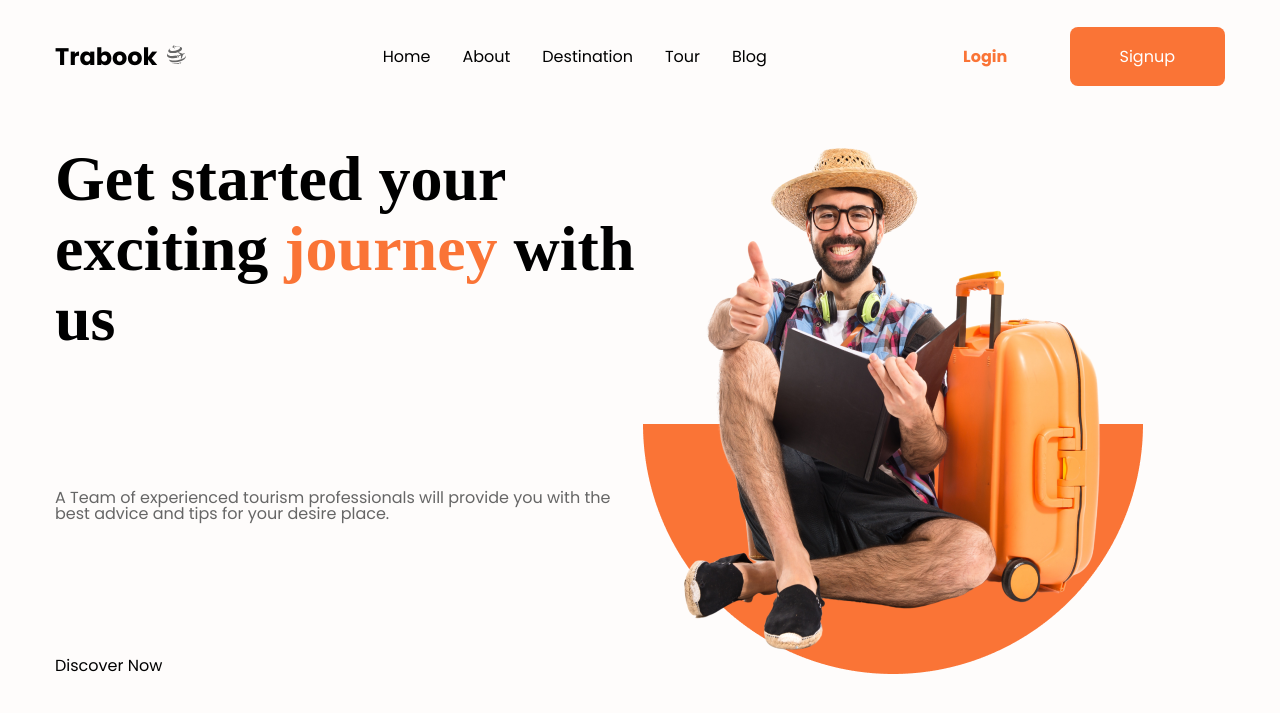
Repository: phobo99/phobo99.github.io
Page: Trabook/index.html
These files come from the project's save history. The page is drawn as it stood at one moment and after the next save; the edit follows.
The browser window is 1280 px wide. The pictures show the whole page.
Some web libraries are served in a nearby version. The style sheet was rebuilt from its Sass, Less or Tailwind sources for each picture, by a compiler version that may differ from the author's.

Above is the page before, as saved 2022-06-18 22:16:38.

### Trabook/index.html
<!DOCTYPE html>
<html lang="en">

<head>
    <meta charset="UTF-8">
    <meta http-equiv="X-UA-Compatible" content="IE=edge">
    <meta name="viewport" content="width=device-width, initial-scale=1.0">
    <title>Responsive</title>
    <link href="https://fonts.googleapis.com/css2?family=Poppins:wght@300;400;700&display=swap" rel="stylesheet">
    <link rel="stylesheet" href="https://cdnjs.cloudflare.com/ajax/libs/font-awesome/6.1.1/css/all.min.css"
        integrity="sha512-KfkfwYDsLkIlwQp6LFnl8zNdLGxu9YAA1QvwINks4PhcElQSvqcyVLLD9aMhXd13uQjoXtEKNosOWaZqXgel0g=="
        crossorigin="anonymous" referrerpolicy="no-referrer" />

    <link rel="stylesheet" href="reset.css">
    <link rel="stylesheet" href="style.css">
</head>

<body>
    <div class="container-fluid">
        <header class="header container">
            <div class="nav-bar">
                <div class="logo">
                    <span class="text-logo">Trabook</span>
                    <svg width="19" height="19" viewBox="0 0 19 19" fill="none" xmlns="http://www.w3.org/2000/svg">
                        <path
                            d="M1.64111 4.96058C1.79426 4.76583 1.99595 4.50221 2.15747 4.31379C2.6412 3.79446 2.70397 3.72638 3.14417 3.34242C3.27473 3.24108 3.42956 3.11917 3.58103 3.00437C2.46378 3.89896 2.32151 4.88933 3.3467 5.50129C3.34503 5.50129 3.34503 5.50129 3.34503 5.50287C4.77863 6.31987 7.92034 6.14333 10.3992 5.09675C12.8003 4.08342 13.6865 2.63388 12.5015 1.77254C11.4612 1.58808 10.221 1.56671 8.90871 1.73296L8.7723 1.52L8.88528 1.16692C9.6569 1.10121 10.39 1.11704 11.0227 1.21917C11.1759 1.24371 11.3776 1.28567 11.5282 1.31575C11.8194 1.38304 11.9776 1.42342 12.1676 1.48121C12.3617 1.53583 12.5274 1.59046 12.8162 1.69179C13.099 1.79708 13.2212 1.84458 13.448 1.95146C13.702 2.06108 13.9488 2.18506 14.187 2.32275C16.0751 3.44612 14.9009 5.49575 11.5692 6.90017C8.24673 8.29983 4.01287 8.51992 2.11563 7.41C2.11479 7.40842 2.11228 7.40683 2.10726 7.40525H2.11061C1.07453 6.78458 0.965735 5.88367 1.64111 4.96058ZM10.2854 12.8139L10.2586 11.552L9.31042 10.5545C6.17792 11.2258 3.09898 11.0817 1.38669 10.1278C1.38084 10.1215 1.36661 10.1151 1.36075 10.1088C0.391624 9.54433 0.152272 8.816 0.225082 8.02433C-0.00171646 9.18254 -0.0201282 9.60054 0.0125108 10.5917C0.0526817 11.2124 0.431795 11.7847 1.19421 12.236L1.20007 12.2423C3.02533 13.3158 6.82819 13.5486 10.2854 12.8139ZM14.2397 14.2587C9.81842 15.9362 4.28486 16.0352 1.8813 14.4827C2.14087 15.0828 2.49406 15.6427 2.92909 16.1437C5.13515 17.5687 10.2143 17.4776 14.2707 15.9378C16.645 15.0377 18.143 13.8399 18.5364 12.7173L18.6468 12.3793C18.9088 11.5227 18.9582 10.8094 19 10.1745C18.9523 11.5528 17.2358 13.1203 14.2397 14.2587ZM4.47986 17.4895C4.61878 17.6146 5.05564 18.122 7.26923 18.6825C7.86761 18.8076 9.37402 19.209 12.1567 18.6255L12.1734 18.3857L11.9533 18.0595C9.37151 18.6374 6.50347 18.4442 4.47986 17.4895ZM10.8687 7.50737L13.2196 9.19283C13.2196 9.19283 13.7225 9.53563 13.248 9.77629C12.7752 10.0146 11.5608 10.598 11.5608 10.598L10.3616 10.1745L9.75983 10.4278L10.821 11.2995L10.8294 12.6556L11.4529 12.3935L11.8663 11.248C11.8663 11.248 13.1359 10.7857 13.6397 10.6115C14.146 10.4413 14.0782 11.024 14.0782 11.024L13.8288 13.8035L14.6573 13.4552L16.0215 9.70504C16.0215 9.70504 16.7446 9.37254 17.2534 9.08042C17.7614 8.78829 17.9355 8.30379 17.9355 8.30379C17.9355 8.30379 17.44 8.10192 16.8693 8.26421C16.2985 8.42492 15.5545 8.7115 15.5545 8.7115L11.6947 7.16062L10.8687 7.50737ZM5.89505 2.17471L7.49101 3.37725L7.92703 3.3155L7.05833 2.23646C7.05833 2.23646 6.8692 2.01321 7.12361 1.96017C7.3797 1.90633 8.02746 1.78125 8.02746 1.78125L8.51453 2.14937L8.8426 2.10346L8.47101 1.54454L8.66685 0.924667L8.34966 0.968208L7.9739 1.44004C7.9739 1.44004 7.31443 1.49862 7.05499 1.51921C6.79388 1.53821 6.90602 1.273 6.90602 1.273L7.40648 0L6.96795 0.0609583L5.81303 1.65142C5.81303 1.65142 5.42806 1.71792 5.14938 1.79313C4.86985 1.86754 4.72256 2.07179 4.72256 2.07179C4.72256 2.07179 4.9276 2.22854 5.21633 2.223C5.50757 2.21746 5.89505 2.17471 5.89505 2.17471ZM13.7828 17.6265L12.7501 17.1158L12.5124 17.1942L13.1242 17.712C13.1242 17.712 13.2547 17.8172 13.1175 17.8735C12.9802 17.9289 12.6304 18.065 12.6304 18.065L12.3417 17.9431L12.1701 18.0017L12.4103 18.244L12.3868 18.5978L12.5659 18.5392L12.6998 18.2519C12.6998 18.2519 13.0631 18.1497 13.2078 18.1133C13.3518 18.0761 13.3192 18.236 13.3192 18.236L13.1827 19L13.4213 18.9216L13.8891 17.9115C13.8891 17.9115 14.0958 17.8347 14.2439 17.7642C14.3921 17.6937 14.4506 17.5639 14.4506 17.5639C14.4506 17.5639 14.3192 17.4958 14.1569 17.5299C13.9937 17.5623 13.7828 17.6265 13.7828 17.6265Z"
                            fill="#666666" />
                    </svg>
                </div>
                <div class="menu-list">
                    <ul class="menu">
                        <li>Home</li>
                        <li>About</li>
                        <li>Destination</li>
                        <li>Tour</li>
                        <li>Blog</li>
                    </ul>
                </div>
                <div class="nav-login">
                    <span class="login">Login</span>
                    <span class="sign-up">Signup</span>
                </div>
            </div>
            <div class="content">
                <div class="content-left">
                    <h1 class="header-content">Get started your exciting <span class="text-org">journey</span> with us
                    </h1>
                    <span class="desc-content">A Team of experienced tourism professionals will provide you with the
                        best advice and tips for
                        your desire place. </span>
                    <div class="button">
                        Discover Now
                    </div>
                </div>
                <div class="content-right">
                    <img src="./img/people-01.png" alt="" class="img-people">
                </div>
            </div>
        </header>
    </div>
</body>

</html>

### Trabook/style.scss
$bg-color: #fefcfb;
$primary-color: #fa7436;
$header-color: #222;
$gray-color: #666666;

@mixin size($width, $height: $width) {
  width: $width;
  height: $height;
}
@mixin flexbox(
  $align: flex-start,
  $justify: flex-start,
  $flex-direction: row,
  $wrap: nowrap
) {
  display: flex;
  align-items: $align;
  justify-content: $justify;
  flex-direction: $flex-direction;
  flex-wrap: $wrap;
}
html {
  font-size: 62.5%;
}
* {
  box-sizing: border-box;
}
body {
  font-size: 1.6rem;
  font-family: "Poppins", sans-serif;
  font-weight: normal;
  background-color: #fefcfb;
}

a {
  text-decoration: none;
}

img {
  display: block;
  max-width: 100%;
}
h1 {
  font-family: "Volkhov";
  font-style: normal;
  font-weight: 700;
  font-size: 64px;
  line-height: 70px;
}
.container-fluid {
  .container {
    max-width: 1170px;
    margin: 0 auto;
  }
  .text-org {
    color: $primary-color;
  }
  .header {
    .nav-bar {
      display: flex;
      @include size(100%, 114px);
      align-items: center;
      justify-content: space-between;
      .logo {
        display: flex;
        cursor: pointer;
        .text-logo {
          font-size: 24px;
          font-weight: bold;
          margin-right: 10px;
        }
      }
      .menu-list {
        .menu {
          @include flexbox(stretch, space-between);
          gap: 32px;
          li {
            cursor: pointer;
          }
        }
      }
      .nav-login {
        .login {
          font-size: 16px;
          font-weight: 600;
          color: $primary-color;
          cursor: pointer;
        }
        .sign-up {
          padding: 18px 50px;
          background-color: $primary-color;
          border-radius: 8px;
          color: white;
          margin-left: 58px;
          cursor: pointer;
          &:hover {
            opacity: 0.8;
            transition: all 0.2s linear;
          }
        }
      }
    }
    .content {
      @include size(100%, 530px);
      @include flexbox(stretch, space-between);
      margin-top: 30px;
      .content-left {
        @include flexbox(stretch, space-between, column);
        .header-content {
          font-size: 64px;
          font-weight: 700;
        }
        .desc-content {
          color: $gray-color;
        }
      }
      .content-right {
        @include size(100%);
        margin-right: -30px;
      }
    }
  }
}
@media screen and (min-width: 768px) {
}
@media screen and (max-width: 767px) {
}

Loaded but not shown: Trabook/reset.css (common file)

After the next save:
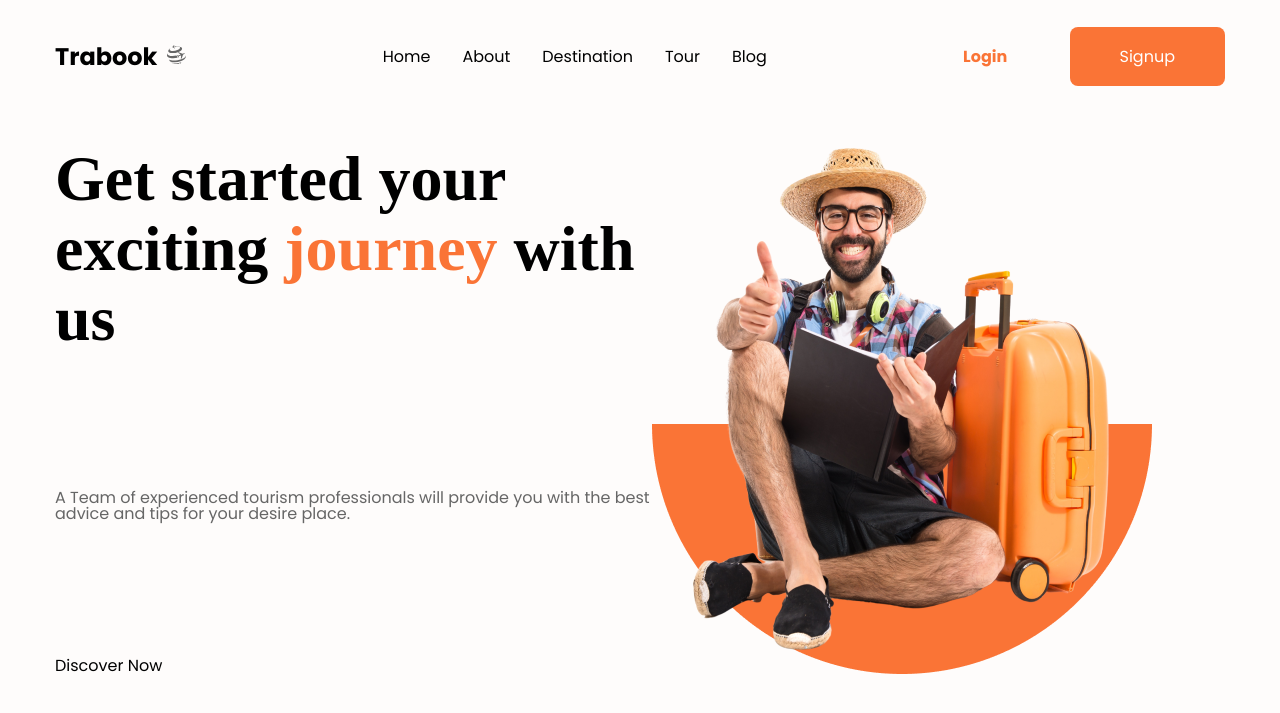
Saved 13 s later.
--- a/Trabook/style.scss
+++ b/Trabook/style.scss
@@ -116,7 +116,7 @@ h1 {
       }
       .content-right {
         @include size(100%);
-        margin-right: -30px;
+        margin-right: -50px;
       }
     }
   }
